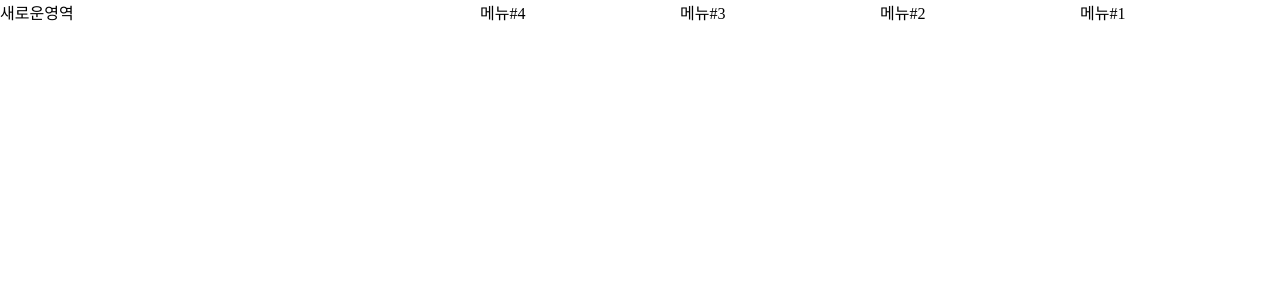
Repository: gyetol/web
Page: 4_11_web/CSS/WebContent/index.html
The author's editor kept a copy of each file at every save. The page is drawn from the files as they stood at one save, then again after the next save.
The browser window is 1280 px wide. The pictures show the whole page.

Above is the page before, as saved 2020-04-11 07:44:38.

After the next save:
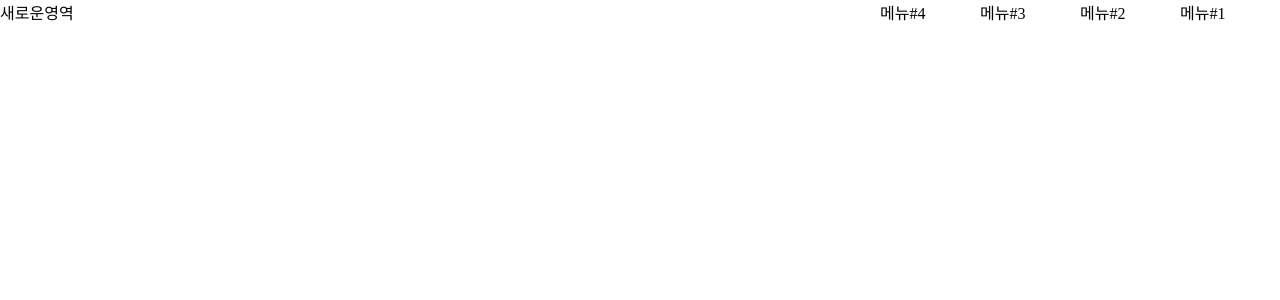
Saved 3 min 36 s later.
--- a/4_11_web/CSS/WebContent/css/style.css
+++ b/4_11_web/CSS/WebContent/css/style.css
@@ -4,8 +4,11 @@ body{
 
 }
 
+div.navi::before, div.navi::after {content:''; display:block; clear:both;}
+
+
 span{
 	float:right;
 	display:block;
-	width:200px;
+	width:100px;
 }
